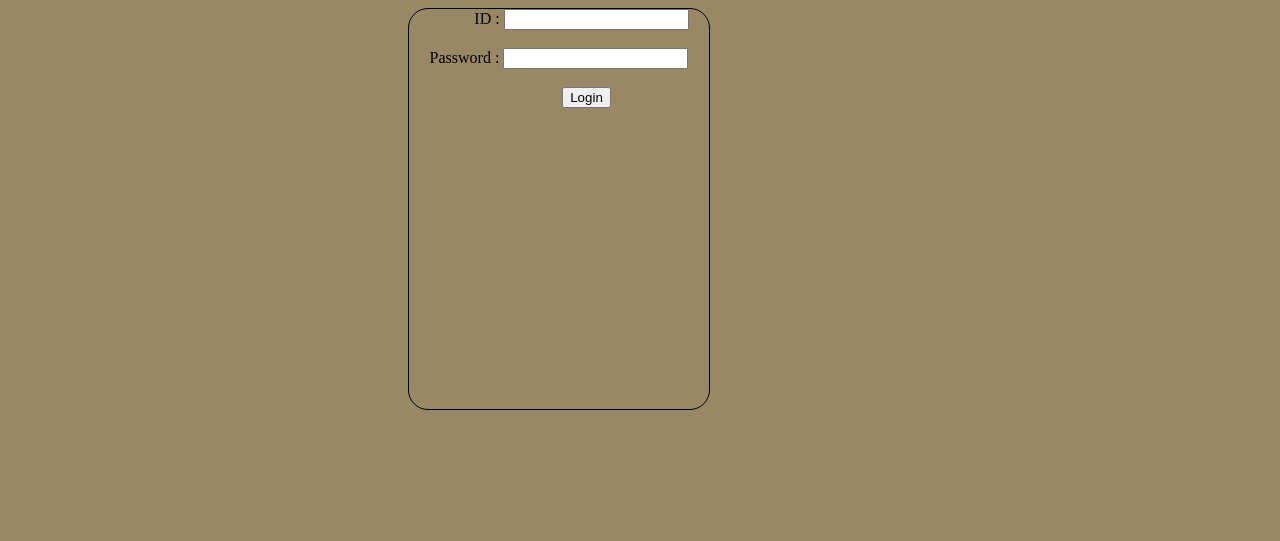
Repository: venkatasanthoshpamuru/Advance_Java_Projects
Page: http://localhost/First_JSP/
The author's editor kept a copy of each file at every save. The page is drawn from the files as they stood at one save, then again after the next save.
The browser window is 1280 px wide. The pictures show the whole page.
The page is served by Tomcat 9.

Above is the page before, as saved 2024-03-09 08:13:39.

After the next save:
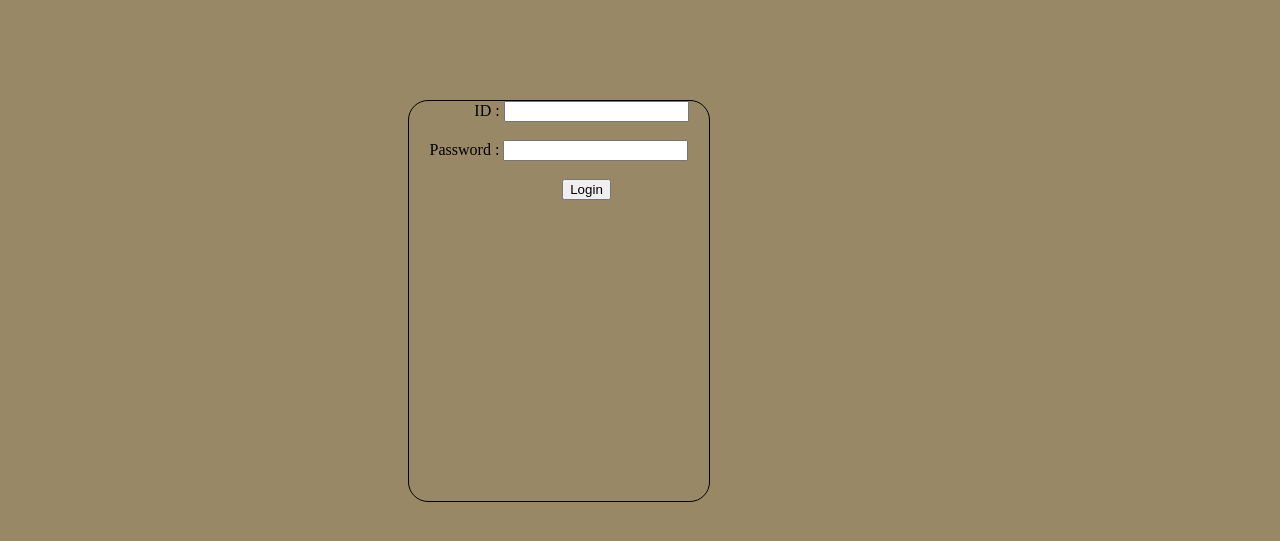
Saved 18 s later.
--- a/First_JSP/src/main/webapp/style.css
+++ b/First_JSP/src/main/webapp/style.css
@@ -6,4 +6,5 @@
 	width:300px;
 	height:400px;
 	margin-left:400px;
+	margin-top:100px;
 }
